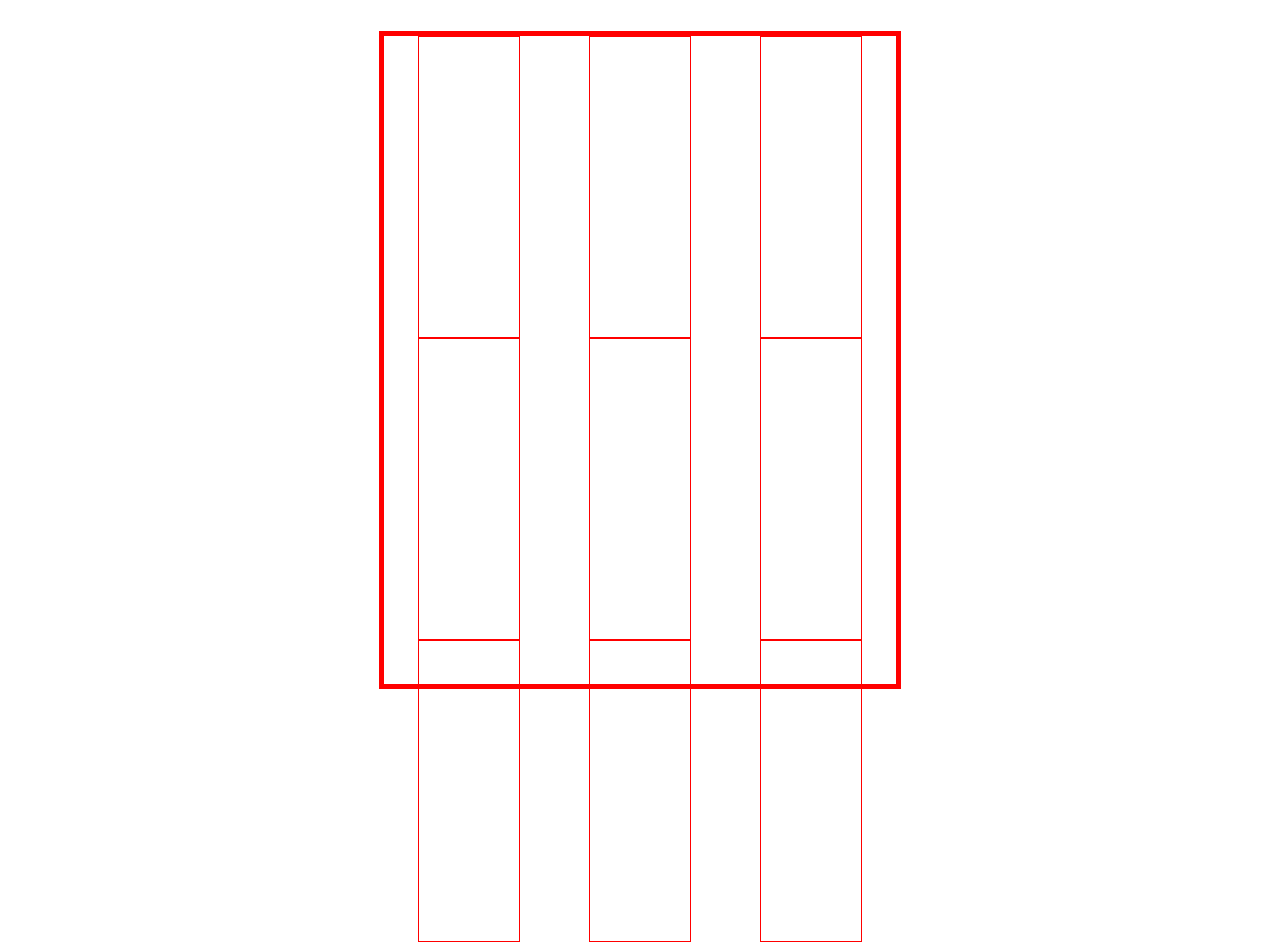
Repository: kocokoy/TOP-tic-tac-toe
Page: index.html
The author's editor kept a copy of each file at every save. The page is drawn from the files as they stood at one save, then again after the next save.
The browser window is 1280 px wide. The pictures show the whole page.

Above is the page before, as saved 2024-11-07 14:47:07.

After the next save:
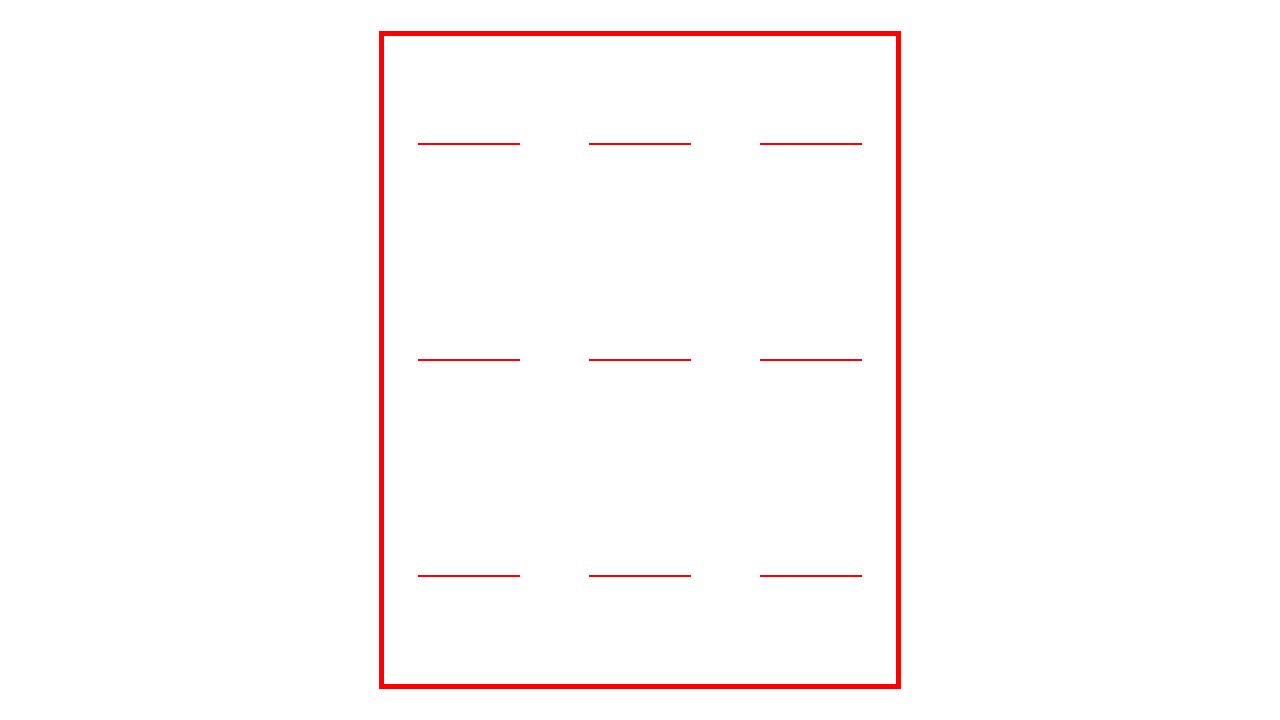
Saved 7 s later.
--- a/styles/style.css
+++ b/styles/style.css
@@ -21,7 +21,7 @@ body{
 }
 .gameboard div{
   border: 1px solid red;
-  height: 300px;
+  height:auto;
   width: 100px;
   cursor: pointer;
   color: tomato;
